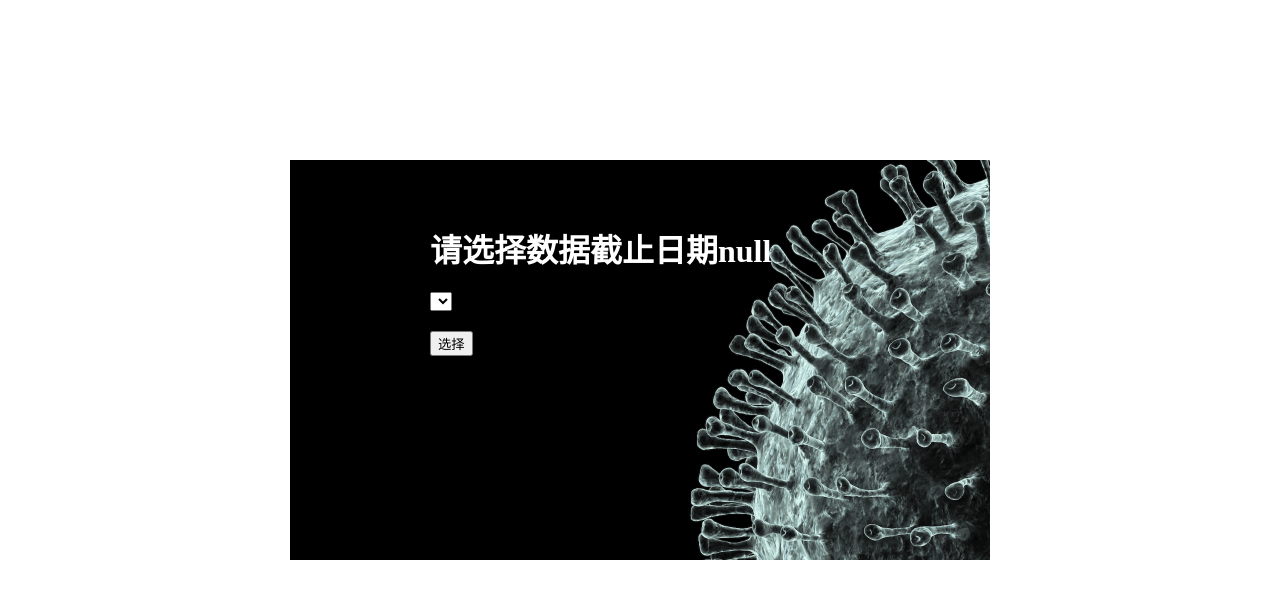
Repository: yz990219/InfectStatisticWeb
Page: http://localhost/MyInfectStatisticWeb/dateChooseProvince.jsp
An editor plug-in stored every save of this project. The page is shown before and after the next save, followed by the edit.
The browser window is 1280 px wide. The pictures show the whole page.
The page is served by Tomcat 9. Other server files are loaded and not shown.

Above is the page before, as saved 2020-03-13 16:12:48.

### MyInfectStatisticWeb/WebContent/dateChooseProvince.jsp
<%@ page language="java" contentType="text/html; charset=utf-8"
	pageEncoding="utf-8"%>
<%@ page import="hw2.*"%>
<%@ page import="java.util.*"%>
<%@ page import="java.io.File"%>
<!DOCTYPE html>
<html>
<head>
<title>日期选择</title>
<link href="css/datechoose.css" rel="stylesheet">
</head>
<body>
	<div class="datechoose">
		<form class="form" action="province.jsp" method="post">
			<%
				ArrayList<String> fileNameList = new ArrayList<String>();
				String[] temp;
				String path = "D:\\InfectStatisticWeb\\MyInfectStatisticWeb\\WebContent\\log\\";
				File name = new File(path);
				temp = name.list();
				if (name.isDirectory()) {
					for (int i = 0; i < temp.length; i++) {
						fileNameList.add(temp[i]);
					}
				}
			%>
			<div><h1 style="color:#ffffff ;">请选择数据截止日期<%=request.getParameter("province_value") %></h1></div>
			<div>
				<select name="date">
					<%
						for (int i = 0; i < fileNameList.size(); i++) {
					%>
					<option
						value="<%=fileNameList.get(i).substring(0, fileNameList.get(i).length() - 8)%>">
						<%=fileNameList.get(i).substring(0, fileNameList.get(i).length() - 8)%>
					</option>
					<%
						}
					%>
				</select>
			</div>
			<input id="province_value" name="province_value"
					type="text" value="<%=request.getParameter("province_value") %>" style="display: none;">
			<div style="margin-top: 20px">
				<button type="submit">选择</button>
			</div>

		</form>
	</div>

</body>
</html>

### MyInfectStatisticWeb/WebContent/css/datechoose.css
@charset "UTF-8";
.datechoose {
	background-image: url(backgroundimg.png);
   	width: 700px;
    height: 400px;
    position: fixed;
    left: 50%;
    top: 50%;
    z-index: 11;
    /*设定这个div的margin-top的负值为自身的高度的一半,margin-left的值也是自身的宽度的一半的负值.*/
    /*宽为400,那么margin-top为-200px*/
    /*高为200那么margin-left为-100px;*/
    margin: -200px 0 0 -350px;
}
.form{
	margin: 65px 0 0 140px;
}

After the next save:
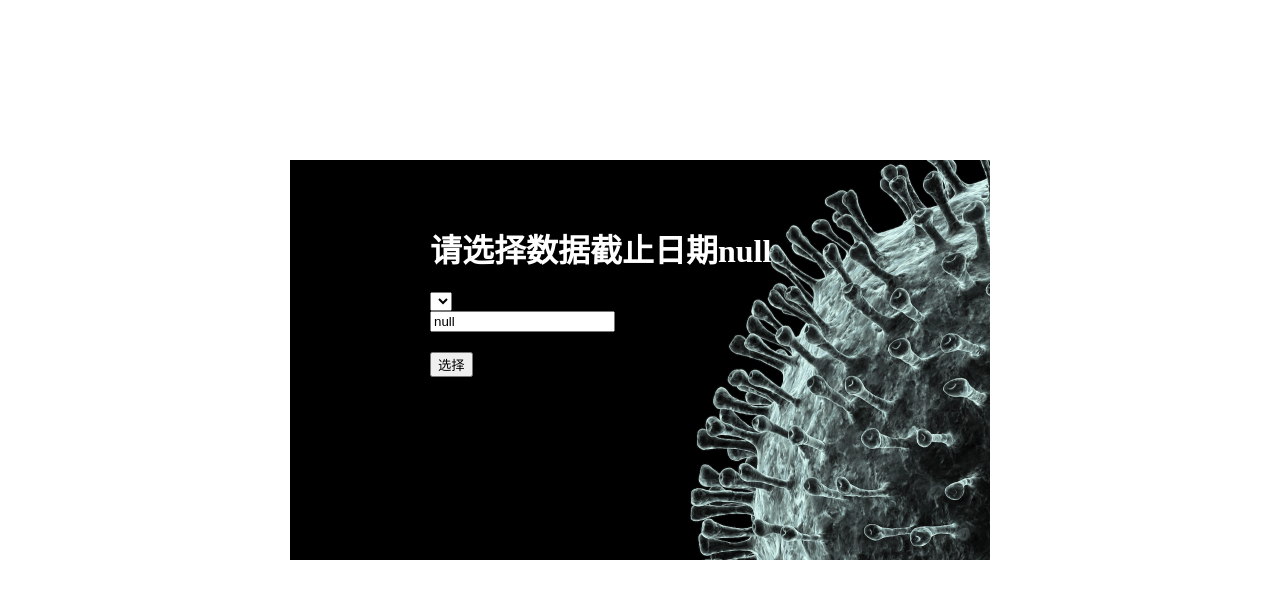
Saved 61 s later.
--- a/MyInfectStatisticWeb/WebContent/dateChooseProvince.jsp
+++ b/MyInfectStatisticWeb/WebContent/dateChooseProvince.jsp
@@ -40,7 +40,7 @@
 				</select>
 			</div>
 			<input id="province_value" name="province_value"
-					type="text" value="<%=request.getParameter("province_value") %>" style="display: none;">
+					type="text" value="<%=request.getParameter("province_value") %>" ">
 			<div style="margin-top: 20px">
 				<button type="submit">选择</button>
 			</div>
